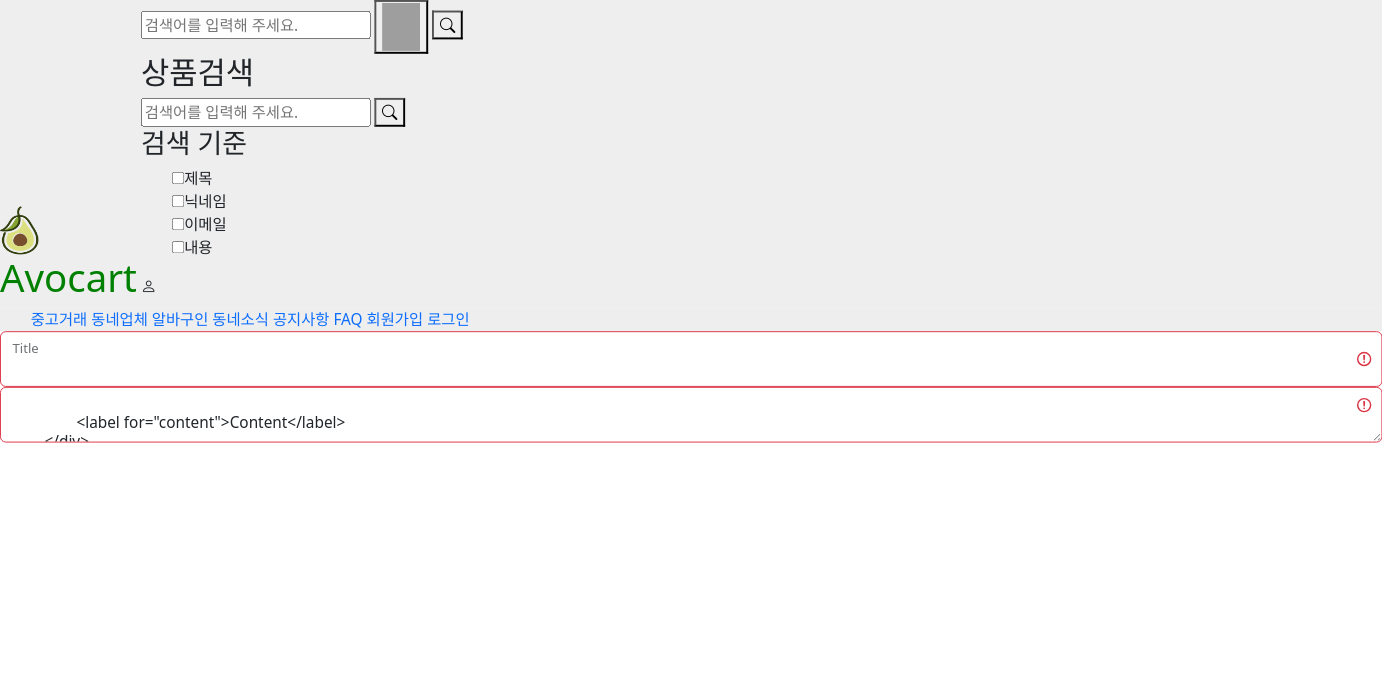
Repository: kimms0311/finalProject
Page: http://localhost/finalProject/WEB-INF/views/joongo/register.jsp
These files come from the project's save history. The page is drawn as it stood at one moment and after the next save; the edit follows.
The browser window is 1280 px wide. The page is 1440 px wide, so the pictures cover 1440 px, including what lies to the right of the window. The pictures show the whole page, at 96% of full size.
Pictures or frames that could not be fetched are drawn as grey boxes. The page is served by Tomcat 9. Nobody is signed in. Other server files are loaded and not shown. The template is opened directly, without the code that normally fills it, so the values that code supplies are empty.

Above is the page before, as saved 2023-11-15 11:12:28.

### finalProject/src/main/webapp/WEB-INF/views/joongo/register.jsp
<%@ page language="java" contentType="text/html; charset=UTF-8"
    pageEncoding="UTF-8"%>
<!DOCTYPE html>
<html>
<head>
<meta charset="UTF-8">
<title>Insert title here</title>
</head>
<body>
<jsp:include page="../common/header.jsp" />
<div class="bodyContainer">
<form action="/joongo/register" method="post">
	<div class="form-floating">
		<input type="text" class="form-control is-invalid" id="title" name="proTitle">
		<label for="title">Title</label>
	</div>
	<div class="form-floating">
		<textarea type="text" class="form-control is-invalid" id="content">
		<label for="content">Content</label>
	</div>
</form>
</div>
<jsp:include page="../common/footer.jsp" />
</body>
</html>

### finalProject/src/main/webapp/WEB-INF/views/common/header.jsp
<%@ page language="java" contentType="text/html; charset=UTF-8"
    pageEncoding="UTF-8"%>
<%@ taglib uri="http://java.sun.com/jsp/jstl/core" prefix="c"%>
<%@ taglib uri="http://www.springframework.org/security/tags" prefix="sec" %>
<!DOCTYPE html>
<html>
<head>
<meta charset="UTF-8">
<title>Insert title here</title>
<link rel="stylesheet" href="../resources/css/page.css">
<link href="https://cdn.jsdelivr.net/npm/bootstrap@5.3.1/dist/css/bootstrap.min.css" rel="stylesheet" integrity="sha384-4bw+/aepP/YC94hEpVNVgiZdgIC5+VKNBQNGCHeKRQN+PtmoHDEXuppvnDJzQIu9" crossorigin="anonymous">
<script src="https://cdn.jsdelivr.net/npm/bootstrap@5.3.1/dist/js/bootstrap.bundle.min.js" integrity="sha384-HwwvtgBNo3bZJJLYd8oVXjrBZt8cqVSpeBNS5n7C8IVInixGAoxmnlMuBnhbgrkm" crossorigin="anonymous"></script>
<link rel="stylesheet" href="https://cdn.jsdelivr.net/npm/bootstrap-icons@1.10.5/font/bootstrap-icons.css">
</head>
<body>

<div class="headerContainer">
   <header>
      <div class="logoSec">
         <img alt="logo" src="../resources/image/avocartLogo.png">
         <h1><a href="/">Avocart</a></h1>
      </div>
      <div class="searchSec">
         <form action="/common/search" method="post">
            <input type="search" id="searchInput" placeholder="검색어를 입력해 주세요.">
            <button type="button"><img width="24" height="24" src="https://img.icons8.com/plumpy/24/macos-close.png" alt="macos-close"/></button>
            <button type="button" class="openMenu">
               <i class="bi bi-search"></i>
            </button>
            <div class="searchMenu off">
               <h2>상품검색</h2>
               <input type="search" id="keyword" name="keyword" placeholder="검색어를 입력해 주세요.">
               <button type="submit">
                  <i class="bi bi-search"></i>
               </button>
               <h3>검색 기준</h3>
               <ul>
                  <li><input type="checkbox" name="srcCondit" id="ck_title" value="title"><label for="ck_title">제목</label></li>
                  <li><input type="checkbox" name="srcCondit" id="ck_nickname" value="nickname"><label for="ck_nickname">닉네임</label></li>
                  <li><input type="checkbox" name="srcCondit" id="ck_email" value="email"><label for="ck_email">이메일</label></li>
                  <li><input type="checkbox" name="srcCondit" id="ck_content" value="content"><label for="ck_content">내용</label></li>
               </ul>
               <!-- <h3>게시판 선택</h3>
               <ul>
                  <li><input type="checkbox" name="srcCondit" id="title" value="title"><label for="title">제목</label></li>
                  <li><input type="checkbox" name="srcCondit" id="nickname" value="nickname"><label for="nickname">닉네임</label></li>
                  <li><input type="checkbox" name="srcCondit" id="email" value="email"><label for="email">이메일</label></li>
                  <li><input type="checkbox" name="srcCondit" id="content" value="content"><label for="content">내용</label></li>
               </ul> -->
               <!-- <button type="button" id="checkCondit">확인</button> -->
            </div>
         </form>
         <i id="my" class="bi bi-person"></i>
         <!-- 로그인 후 오픈되어야 할 메뉴 -->
         <sec:authorize access="isAuthenticated()">
           <sec:authentication property="principal.mvo.memEmail" var="authEmail" />
            <div id="myMenu" class="off">
               <ul>
                  <li><a href="/hmember/detail?memEmail=${authEmail }">마이페이지</a></li>
                  <li><a href="#" id="logoutLink">로그아웃</a></li>
                  <form action="/member/logout" method="post" id="logoutForm">
                       <input type="hidden" name="memEmail" value="${authEmail }">
                  </form>
               </ul>
            </div>
         </sec:authorize>
      </div>
   </header>
   <nav>
      <ul>
         <li><a href="/joongo/list">중고거래</a></li>
         <li><a href="/store/list">동네업체</a></li>
         <li><a href="/job/list">알바구인</a></li>
         <li><a href="/community/list">동네소식</a></li>
         <li><a href="#">공지사항</a></li>
         <li><a href="#">FAQ</a></li>

           <!-- 로그인 전 오픈되어야 할 메뉴 -->
         <sec:authorize access="isAnonymous()">
            <li><a href="/member/register">회원가입</a></li>
            <li><a href="/member/login">로그인</a></li>
         </sec:authorize>
      </ul>
   </nav>
</div>

<script type="text/javascript" src="/resources/js/header.js"></script>
</body>
</html>

### finalProject/src/main/webapp/WEB-INF/views/common/footer.jsp
<%@ page language="java" contentType="text/html; charset=UTF-8"
    pageEncoding="UTF-8"%>
<!DOCTYPE html>
<html>
<head>
<meta charset="UTF-8">
<title>Insert title here</title>
</head>
<body>
<footer>
	<section class="infoSec">
		<div>
			<b>공지사항</b>
			<a href="#">아보카트를 처음 이용하시는 고객님들께</a>
		</div>
	</section>
	<div class="footerContainer">
		<div class="mainSec">
			<h2>Avocart</h2>
			<p>상호명 : 아보카트</p>
			<p>대표 : 김 아보카도</p>
			<p>사업자등록번호 : 080-88-80080</p>
			<p>통신판매신고번호 : 제2023-인천구월-0000호</p>
			<p>(주)아보카트는 통신판매중개자로서 거래 당사자가 아니며 판매 회원과 구매 회원 간의 상품거래 정보 및 거래에 관여하지 않고, 어떠한 의무와 책임도 부담하지 않습니다.</p>
			<p>ⓒ 2023. Avocart all right reserved.</p>
		</div>
		<div class="socialSec">
			<h3>Social</h3>
			<a href="#"><i class="bi bi-instagram"></i></a>
			<a href="#"><i class="bi bi-facebook"></i></a>
			<a href="#"><i class="bi bi-youtube"></i></a>
		</div>
		<div class="contactSec">
			<h3>Contact</h3>
			<a href="mailto:ezenFinal@gmail.com">메일 : ezenfinal@gmail.com</a>
			<a href="tel:080-888-8080">전화 : 080-888-8080</a>
			<a href="https://kko.to/k2pByw0PdA" target="_blank">주소 : 인천광역시 남동구 인주대로 593</a>
			<p>고객센터 상담 시간<b>10:00 ~ 18:00</b></p>
		</div>
	</div>
</footer>
</body>
</html>

### finalProject/src/main/webapp/resources/css/page.css
@import url("reset.css");
@import url("global.css");

### finalProject/src/main/webapp/resources/css/global.css
.headerContainer{
}
header{
	width: 1440px;
	margin: 0 auto;
	background-color: #eeeeee;
}
header>*{
	display: inline-block;
}
header img{
	width: 40px;
	height: 50px;
}
header h1 a{
	text-decoration: none;
	color: green;
}
nav{
	width: 1440px;
	margin: 0 auto;
	background-color: #eeeeee;

}
nav ul{
	display: inline;
}
nav ul li{
	display: inline-block;
}
nav ul li a{
	text-decoration: none;

}


.bodyContainer{
	margin: 0 auto;
	width: 1440px;
}

footer .footerContainer{
	margin: 0 auto;
	width: 1440px;
	background-color: #eeeeee;

}

footer{
}
footer p{
	display: block;
	font-size: 12px;
}

Loaded but not shown: finalProject/src/main/webapp/resources/css/reset.css (common file); finalProject/src/main/webapp/resources/js/header.js (no copy from this time; the picture is the same without it)

After the next save:
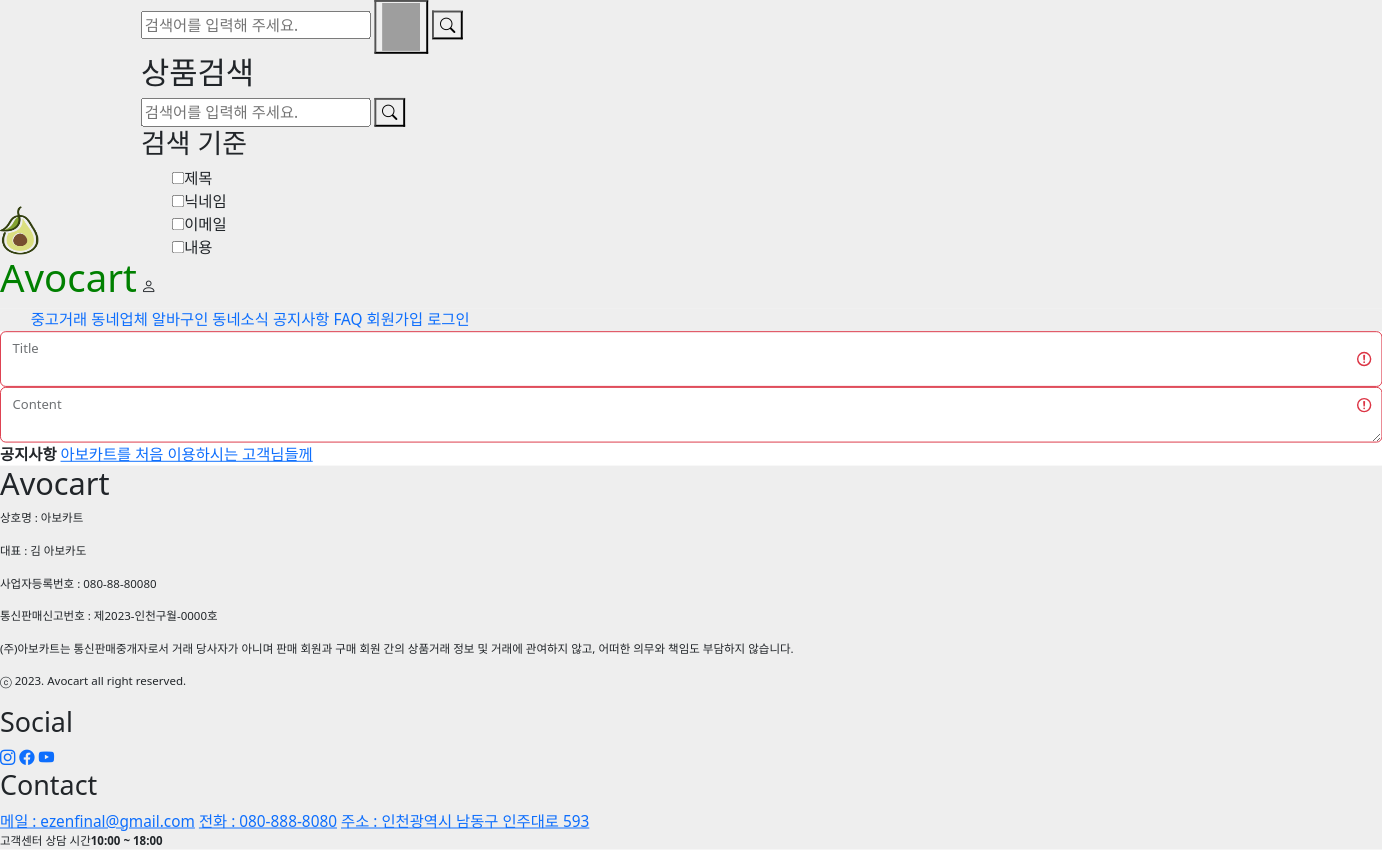
Saved 4 s later.
--- a/finalProject/src/main/webapp/WEB-INF/views/joongo/register.jsp
+++ b/finalProject/src/main/webapp/WEB-INF/views/joongo/register.jsp
@@ -15,7 +15,7 @@
 		<label for="title">Title</label>
 	</div>
 	<div class="form-floating">
-		<textarea type="text" class="form-control is-invalid" id="content">
+		<textarea type="text" class="form-control is-invalid" id="content"></textarea>
 		<label for="content">Content</label>
 	</div>
 </form>
